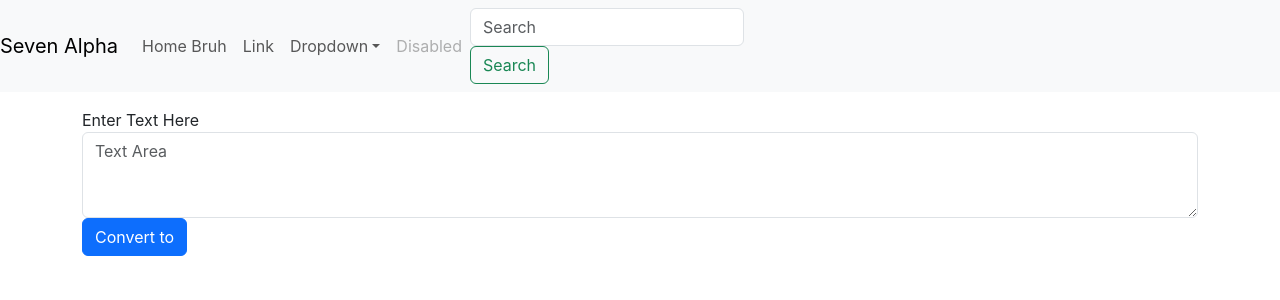
Repository: Shubham-tawar/Text-editor
Page: /
An editor plug-in stored every save of this project. The page is shown before and after the next save, followed by the edit.
The browser window is 1280 px wide. The pictures show the whole page.
The project was rebuilt for these pictures with package versions that can differ from the ones it lists, and the page was loaded fresh each time. Also part of the build but not shown: src/App.css.

Above is the page before, as saved 2025-07-05 16:57:14.

After the next save:
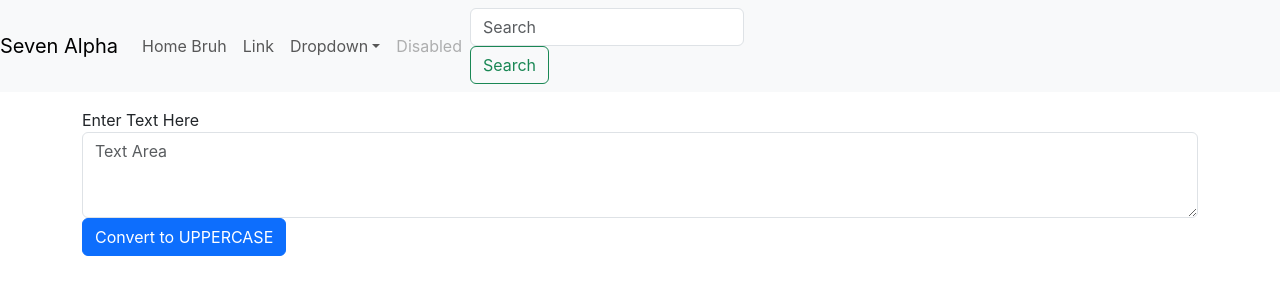
Saved 4 s later.
--- a/src/components/Textform.js
+++ b/src/components/Textform.js
@@ -8,7 +8,7 @@ export default function Textform(props) {
         <div class="form-group">
             <label for="exampleFormControlTextarea1">{props.heading}</label>
             <textarea class="form-control" id="exampleFormControlTextarea1" rows="3" placeholder='Text Area'></textarea>
-            <button className="btn btn-primary">Convert to </button>
+            <button className="btn btn-primary">Convert to UPPERCASE</button>
         </div>
     </form>
   )
